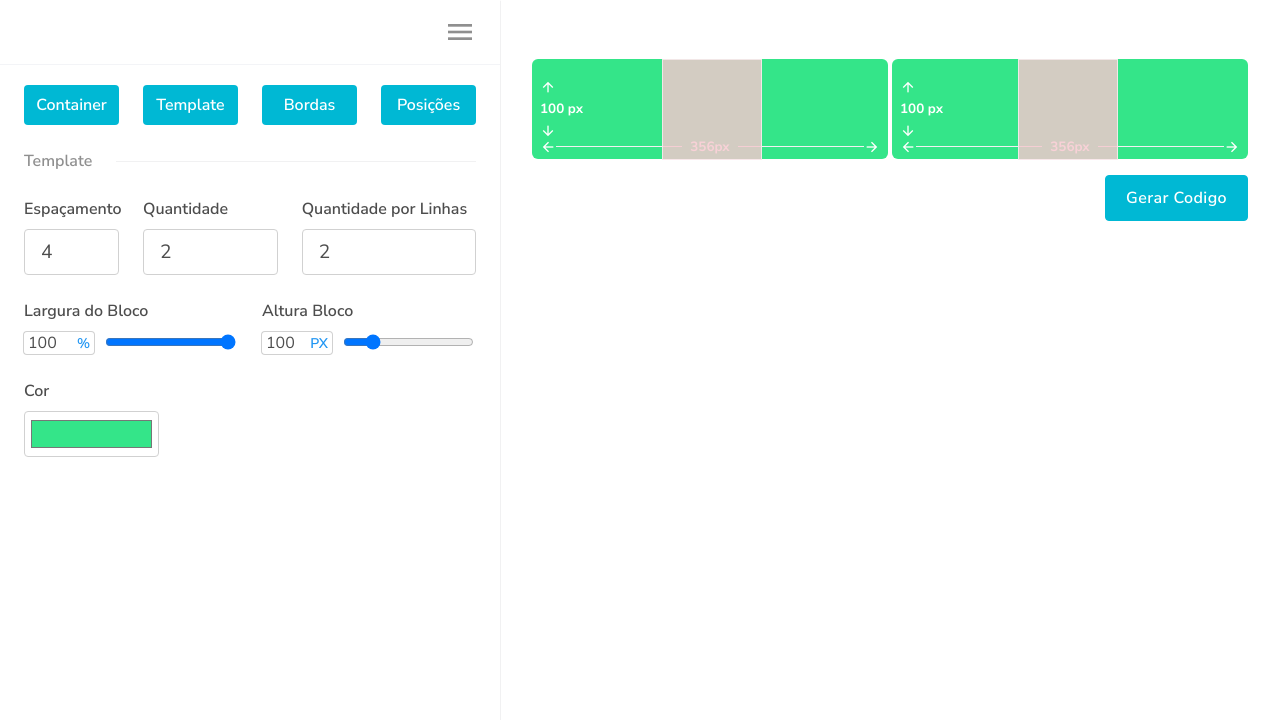
Repository: Flintdl/lowcode-elements
Page: /
An editor plug-in stored every save of this project. The page is shown before and after the next save, followed by the edit.
The browser window is 1280 px wide. The pictures show the whole page.
The project was rebuilt for these pictures with package versions that can differ from the ones it lists, and the page was loaded fresh each time. Also part of the build but not shown: vue.config.js.

Above is the page before, as saved 2022-04-06 16:18:30.

### src/components/Menu/MenuTemplate.vue
<template>
  <div>
    <div
      class="ham burger-link-mobile sf-display-flex sf-display-md-none"
      @click="menu"
    >
      <i class="mdi mdi-menu sf-text-xlg sf-text-muted sf-dropdown-action"></i>
    </div>
    <nav class="sf-menu">
      <div class="sf-menu-header">
        <div
          @click="menu"
          class="hamburger-link sf-display-none sf-display-md-block"
        >
          <i
            class="mdi mdi-menu sf-text-xlg sf-text-muted sf-dropdown-action"
          ></i>
        </div>
      </div>
      <div class="sf-menu-body">
        <div class="sf-row sf-px-4" style="visibility: visible">
          <div
            v-for="tab of tabs"
            v-bind:key="tab.label"
            class="sf-col-3 sf-text-center sf-form-group"
          >
            <div
              @click="showContent"
              :dataRef="tab.ref"
              class="sf-btn-primary sf-cursor-pointer sf-p-2 sf-text-white sf-font-weight-bold sf-border-radius"
            >
              {{ tab.label }}
            </div>
          </div>
        </div>
        <ul class="sf-menu-ul sf-menu-content" ref="container-collapse">
          <li class="sf-menu-li sf-px-4">
            <InputPosicaoBloco
              :valorInput="checkValue"
              v-on:callback="getValorPosicaoBloco"
            />
          </li>
        </ul>
        <ul class="sf-menu-ul sf-menu-content open" ref="template-collapse">
          <li class="sf-menu-li sf-px-4">
            <div class="sf-row">
              <div class="sf-col-12 sf-form-group">
                <span
                  class="sf-text-md sf-font-weight-bold sf-text-muted sf-display-flex sf-align-items-center"
                >
                  Template
                  <hr class="sf-width-100 sf-ml-4" />
                </span>
              </div>
              <InputGapTemplate
                :valorInput="inputGap"
                v-on:callback="getValorCampo"
              />
              <InputQuantidadeTemplate
                :valorInput="inputQuantidade"
                v-on:callback="getValorCampoQuantidade"
              />
              <InputQuantLinhasTemplate
                :valorInput="inputQuantidadeLinha"
                v-on:callback="getValorCampoQuantidadeLinha"
              />
              <InputLarguraBloco
                :valorInput="inputRange"
                v-on:callback="getValorLarguraBloco"
              />
              <InputAlturaBloco
                :valorInput="valorHeight"
                v-on:callback="getValorAlturaBloco"
              />
            </div>
            <div class="sf-row">
              <div class="sf-col-4 sf-form-group">
                <label class="sf-label">Cor</label>
                <input
                  type="color"
                  id="inputColor"
                  v-model="inputColor"
                  class="sf-p-1 sf-text-capitalize"
                  placeholder="Quantidade de Blocos"
                />
              </div>
            </div>
          </li>
        </ul>
        <ul class="sf-menu-ul sf-menu-content" ref="border-collapse">
          <li class="sf-menu-li sf-px-4">
            <div class="sf-row">
              <div class="sf-col-12 sf-form-group">
                <span
                  class="sf-text-md sf-font-weight-bold sf-text-muted sf-display-flex sf-align-items-center"
                >
                  Bordas
                  <hr class="sf-width-100 sf-ml-4" />
                </span>
              </div>
              <InputBorderRadiusBloco
                :valorInput="inputBorderRadius"
                v-on:callback="getValorRadiusBloco"
              />
              <InputBorderBloco
                :valorInput="inputBorder"
                v-on:callback="getValorBorderBloco"
              />
              <InputBorderCorBloco
                :valorInput="inputBorderColor"
                v-on:callback="getValorBorderCorBloco"
              />
              <InputBorderTipoBloco
                :valorInput="inputBorderTipo"
                v-on:callback="getValorBorderTipoBloco"
              />
            </div>
          </li>
        </ul>
        <ul class="sf-menu-ul sf-menu-content" ref="position-collapse">
          <li class="sf-menu-li sf-px-4">
            <InputPosicaoBloco
              :valorInput="checkValue"
              v-on:callback="getValorPosicaoBloco"
            />
          </li>
        </ul>
      </div>
    </nav>
    <div class="sf-content-page">
      <HomeView
        :valor="inputRange"
        :inputGap="inputGap"
        :valorHeight="valorHeight"
        :quantidade="parseInt(inputQuantidade)"
        :quantidadeLinha="parseInt(inputQuantidadeLinha)"
        :inputBorderRadius="inputBorderRadius"
        :checkValue="checkValue"
        :inputColor="inputColor"
        :inputBorder="inputBorder"
        :inputBorderColor="inputBorderColor"
        :inputBorderTipo="inputBorderTipo"
      />
    </div>
    <div class="ga-mascara-fundo" @click="mask"></div>
  </div>
</template>

<script>
import HomeView from "@/views/HomeView.vue";
import InputGapTemplate from "@/components/templates/InputGapTemplate.vue";
import InputQuantidadeTemplate from "@/components/templates/InputQuantidadeTemplate.vue";
import InputQuantLinhasTemplate from "@/components/templates/InputQuantLinhasTemplate.vue";
import InputLarguraBloco from "@/components/templates/InputLarguraBloco.vue";
import InputAlturaBloco from "@/components/templates/InputAlturaBloco.vue";
import InputBorderRadiusBloco from "@/components/templates/InputBorderRadiusBloco.vue";
import InputBorderBloco from "@/components/templates/InputBorderBloco.vue";
import InputPosicaoBloco from "@/components/templates/InputPosicaoBloco.vue";
import InputBorderCorBloco from "@/components/templates/InputBorderCorBloco.vue";
import InputBorderTipoBloco from "@/components/templates/InputBorderTipoBloco.vue";
import image from "@/assets/logo-soften.webp";

export default {
  name: "MenuTemplate",
  data: function () {
    return {
      inputQuantidade: (this.inputQuantidade = "2"),
      inputQuantidadeLinha: (this.inputQuantidadeLinha = "2"),
      inputBorderRadius: (this.inputBorderRadius = "6"),
      inputRange: (this.inputRange = "100"),
      valorHeight: (this.valorHeight = "100"),
      inputGap: (this.inputGap = "4"),
      checkValue: (this.checkValue = "center"),
      inputColor: (this.inputColor = "#34E589"),
      inputBorder: (this.inputBorder = "0"),
      inputBorderColor: (this.inputBorderColor = ""),
      inputBorderTipo: (this.inputBorderTipo = ""),
      image: image,

      tabs: [
        { label: "Container", ref: "container-collapse" },
        { label: "Template", ref: "template-collapse" },
        { label: "Bordas", ref: "border-collapse" },
        { label: "Posições", ref: "position-collapse" },
      ],
    };
  },
  components: {
    HomeView,
    InputGapTemplate,
    InputQuantidadeTemplate,
    InputQuantLinhasTemplate,
    InputLarguraBloco,
    InputAlturaBloco,
    InputPosicaoBloco,
    InputBorderRadiusBloco,
    InputBorderBloco,
    InputBorderCorBloco,
    InputBorderTipoBloco,
  },
  beforeMount() {
    if (window.innerWidth >= 768) {
      if (localStorage.getItem("menu") === "fechado") {
        document.body.classList.add("menu-fechado");
      } else {
        document.body.classList.remove("menu-fechado");
      }
    }

    (function () {
      var current = window.location.pathname.split("")[0];
      if (current === "") return;
      var menuItems = document.querySelectorAll(".sf-menu-list-link");
      for (var i = 0, len = menuItems.length; i < len; i++) {
        if (menuItems[i].getAttribute("href").indexOf(current) !== -1) {
          menuItems[i].className += " active-nolink";
          menuItems[i].nextElementSibling.className += " active-nolink";
        }
      }
    })();
  },
  methods: {
    showContent(e) {
      var referenciaItem = this.$refs[e.currentTarget.getAttribute("dataRef")];
      for (let i = 0; i < this.tabs.length; i++) {
        const element = this.tabs[i];
        if (this.$refs[element.ref]) {
          if (this.$refs[element.ref].classList.contains("open"))
            this.$refs[element.ref].classList.remove("open");
        }
      }
      if (referenciaItem) {
        referenciaItem.classList.toggle("open");
        if (!referenciaItem.classList.contains("open")) {
          referenciaItem.classList.remove("open");
        } else {
          referenciaItem.classList.add("open");
        }
      }
    },
    menu() {
      if (window.innerWidth >= 768) {
        document.body.classList.toggle("menu-fechado");
        if (document.body.classList.contains("menu-fechado")) {
          localStorage.setItem("menu", "fechado");
        } else {
          localStorage.removeItem("menu");
        }
      } else {
        document.body.classList.toggle("menu-mobile-aberto");
      }
    },
    mask() {
      document.body.classList.remove("menu-mobile-aberto");
    },
    getValorCampo(valor) {
      this.inputGap = valor;
    },
    getValorCampoQuantidade(valor) {
      this.inputQuantidade = valor;
    },
    getValorCampoQuantidadeLinha(valor) {
      this.inputQuantidadeLinha = valor;
    },
    getValorLarguraBloco(valor) {
      this.inputRange = valor;
    },
    getValorAlturaBloco(valor) {
      this.valorHeight = valor;
    },
    getValorRadiusBloco(valor) {
      this.inputBorderRadius = valor;
    },
    getValorBorderBloco(valor) {
      this.inputBorder = valor;
    },
    getValorBorderCorBloco(valor) {
      this.inputBorderColor = valor;
    },
    getValorBorderTipoBloco(valor) {
      this.inputBorderTipo = valor;
    },
    getValorPosicaoBloco(valor) {
      this.checkValue = valor;
    },
  },
};

// function dropdown(menu) {
//   var dropdowns = document.getElementsByClassName("sf-dropdown-menu");
//   var i;
//   for (i = 0; i < dropdowns.length; i++) {
//     var openDropdown = dropdowns[i];
//     if (openDropdown.classList.contains("show")) {
//       openDropdown.classList.remove("show");
//     }
//   }
//   document.querySelector(menu).classList.toggle("show");
// }
</script>

<style lang="scss">
@import "@/assets/scss/style.scss";
@import "@/assets/scss/standard.scss";
@import "@/assets/scss/menu.scss";
</style>

### src/assets/scss/_variables.scss
// Primarys Colors
$standardTextColor: #4d4d4d;

$primaryColor: #8e6dff;
$secondaryColor: #009997;
$buttonDisableColor: #9c9c9c;
$buttonDisableBgColor: #7676764d;

// Menu Colors

$bgMenuColor: #1d1d1d;
$linkMenuColor: #7b8089;
$iconMenuColor: #2a2a2a;
$borderMenuColor: #323232;

// Botão Colors

$btnPrimary: #00b8d4;
$btnPrimaryHover: #0085b0;

// Generics Colors

$whiteColor: #ffffff;
$mutedColor: #8f8f8f;
$cardColor: #f3f4f7;
$cardColorLight: #f9fafc;
$cardColorLightTwo: #f1f5fc;
$greyLight: #d1d1d1;

// Dropdown Colors

$dropdownHeaderColor: #5f5f5f;
$dropdownColor: #ebffff;

// State Colors

$successColor: #3dc661;
$dangerColor: #e7515a;
$warningColor: #e2a03f;
$infoColor: #2196f3;
$defaultColor: #172b4d;
$lightColor: #e0e0e0;

### src/components/templates/InputGapTemplate.vue
<template>
  <div class="sf-col-3 sf-form-group">
    <label class="sf-label">Espaçamento</label>
    <input
      type="number"
      min="1"
      max="12"
      value="2"
      id="inputGap"
      v-model="valor"
      class="filter-states sf-text-capitalize"
      placeholder="Quantidade de Blocos"
    />
  </div>
</template>

<script>
export default {
  props: {
    valorInput: String,
  },
  computed: {
    valor: {
      get() {
        var inp = this.valorInput;
        return inp;
      },
      set(valorInput) {
        this.$emit("callback", valorInput);
      },
    },
  },
};
</script>

<style></style>

### src/components/templates/InputQuantidadeTemplate.vue
<template>
  <div class="sf-col-4 sf-form-group">
    <label class="sf-label">Quantidade</label>
    <input
      type="number"
      value="1"
      id="inputQuantidade"
      v-model="valor"
      class="filter-states sf-text-capitalize"
      placeholder="Quantidade de Blocos"
    />
  </div>
</template>

<script>
export default {
  props: {
    valorInput: String,
  },
  computed: {
    valor: {
      get() {
        var inp = this.valorInput;
        return inp;
      },
      set(valorInput) {
        this.$emit("callback", valorInput);
      },
    },
  },
};
</script>

<style></style>

### src/components/templates/InputQuantLinhasTemplate.vue
<template>
  <div class="sf-col-5 sf-form-group">
    <label class="sf-label">Quantidade por Linhas</label>
    <input
      type="number"
      min="1"
      max="12"
      value="1"
      id="inputQuantidadeLinha"
      v-model="valor"
      class="filter-states sf-text-capitalize"
      placeholder="Quantidade Linha"
    />
  </div>
</template>

<script>
export default {
  props: {
    valorInput: String,
  },
  computed: {
    valor: {
      get() {
        var inp = this.valorInput;
        return inp;
      },
      set(valorInput) {
        this.$emit("callback", valorInput);
      },
    },
  },
};
</script>

<style></style>

### src/components/templates/InputLarguraBloco.vue
<template>
  <div class="sf-col-6 sf-form-group">
    <label class="sf-label">Largura do Bloco</label>
    <div class="sf-input-group">
      <div
        class="sf-input-group-append sf-display-flex sf-justify-content-center"
      >
        <div
          class="sf-display-flex sf-align-items-center sf-justify-content-center sf-border-left-0 sf-border-radius sf-border-radius-left-0 sf-pr-2 sf-text-info sf-font-weight-bold sf-min-80-px"
        >
          <div class="sf-input-group">
            <input
              type="number"
              value="1"
              min="1"
              max="100"
              v-model="valor"
              class="sf-text-md sf-height-fit-content sf-pr-0 sf-pl-1 sf-border-right-0 sf-border-radius-right-0 sf-text-capitalize"
              placeholder="Curva da Borda"
            />
            <div
              class="sf-input-group-append sf-display-flex sf-justify-content-center"
            >
              <div
                class="sf-display-flex sf-align-items-center sf-border sf-justify-content-center sf-border-left-0 sf-border-radius sf-border-radius-left-0 sf-pr-1 sf-text-info sf-font-weight-bold sf-text-sm"
              >
                %
              </div>
            </div>
          </div>
        </div>
      </div>
      <input
        type="range"
        min="10"
        max="100"
        value="10"
        id="inputRange"
        v-model="valor"
        class="sf-px-0 sf-border-right-0 sf-border-radius-right-0 sf-text-capitalize"
      />
    </div>
  </div>
</template>

<script>
export default {
  props: {
    valorInput: String,
  },
  computed: {
    valor: {
      get() {
        var inp = this.valorInput;
        return inp;
      },
      set(valorInput) {
        this.$emit("callback", valorInput);
      },
    },
  },
};
</script>

<style></style>

### src/components/templates/InputAlturaBloco.vue
<template>
  <div class="sf-col-6 sf-form-group">
    <label class="sf-label">Altura Bloco</label>
    <div class="sf-input-group">
      <div
        class="sf-input-group-append sf-display-flex sf-justify-content-center"
      >
        <div
          class="sf-display-flex sf-align-items-center sf-justify-content-center sf-border-left-0 sf-border-radius sf-border-radius-left-0 sf-pr-2 sf-text-info sf-font-weight-bold sf-min-80-px"
        >
          <div class="sf-input-group">
            <input
              type="number"
              value="1"
              min="1"
              max="500"
              v-model="valor"
              class="sf-text-md sf-height-fit-content sf-pr-0 sf-pl-1 sf-border-right-0 sf-border-radius-right-0 sf-text-capitalize"
              placeholder="Curva da Borda"
            />
            <div
              class="sf-input-group-append sf-display-flex sf-justify-content-center"
            >
              <div
                class="sf-display-flex sf-align-items-center sf-border sf-justify-content-center sf-border-left-0 sf-border-radius sf-border-radius-left-0 sf-pr-1 sf-text-info sf-font-weight-bold sf-text-sm"
              >
                PX
              </div>
            </div>
          </div>
        </div>
      </div>
      <input
        type="range"
        min="10"
        max="500"
        id="valorHeight"
        v-model="valor"
        class="sf-px-0 sf-border-right-0 sf-border-radius-right-0 sf-text-capitalize"
      />
    </div>
  </div>
</template>

<script>
export default {
  props: {
    valorInput: String,
  },
  computed: {
    valor: {
      get() {
        var inp = this.valorInput;
        return inp;
      },
      set(valorInput) {
        this.$emit("callback", valorInput);
      },
    },
  },
};
</script>

<style></style>

### src/components/templates/InputBorderBloco.vue
<template>
  <div class="sf-col-6 sf-form-group">
    <label class="sf-label">Tamanho da Borda</label>
    <div class="sf-input-group">
      <div
        class="sf-input-group-append sf-display-flex sf-justify-content-center"
      >
        <div
          class="sf-display-flex sf-align-items-center sf-justify-content-center sf-border-left-0 sf-border-radius sf-border-radius-left-0 sf-pr-2 sf-text-info sf-font-weight-bold sf-min-80-px"
        >
          <div class="sf-input-group">
            <input
              type="number"
              value="1"
              min="1"
              max="50"
              v-model="valor"
              class="sf-text-md sf-height-fit-content sf-pr-0 sf-pl-1 sf-border-right-0 sf-border-radius-right-0 sf-text-capitalize"
              placeholder="Curva da Borda"
            />
            <div
              class="sf-input-group-append sf-display-flex sf-justify-content-center"
            >
              <div
                class="sf-display-flex sf-align-items-center sf-border sf-justify-content-center sf-border-left-0 sf-border-radius sf-border-radius-left-0 sf-pr-1 sf-text-info sf-font-weight-bold sf-text-sm"
              >
                PX
              </div>
            </div>
          </div>
        </div>
      </div>
      <input
        type="range"
        value="1"
        min="0"
        max="24"
        id="inputBorder"
        v-model="valor"
        class="sf-px-0 sf-border-right-0 sf-border-radius-right-0 sf-text-capitalize"
        placeholder="Curva da Borda"
      />
    </div>
  </div>
</template>

<script>
export default {
  props: {
    valorInput: String,
  },
  computed: {
    valor: {
      get() {
        var inp = this.valorInput;
        return inp;
      },
      set(valorInput) {
        this.$emit("callback", valorInput);
      },
    },
  },
};
</script>

<style></style>

### src/components/templates/InputPosicaoBloco.vue
<template>
  <div class="sf-row">
    <div class="sf-col-12 sf-form-group">
      <span
        class="sf-text-md sf-font-weight-bold sf-text-muted sf-display-flex sf-align-items-center"
      >
        Posições
        <hr class="sf-width-100 sf-ml-4" />
      </span>
    </div>
    <div class="sf-col-auto sf-form-group">
      <input
        id="start"
        type="radio"
        name="positionDivs"
        v-model="valor"
        value="start"
        checked
      />
      <label for="start"> Esquerda</label>
    </div>

    <div class="sf-col-auto sf-form-group">
      <input
        type="radio"
        id="center"
        name="positionDivs"
        v-model="valor"
        value="center"
      />
      <label for="center"> Centro</label>
    </div>

    <div class="sf-col-auto sf-form-group">
      <input
        type="radio"
        id="end"
        name="positionDivs"
        v-model="valor"
        value="end"
      />
      <label for="end"> Final</label>
    </div>
    <div class="sf-col-auto sf-form-group">
      <input
        type="radio"
        id="between"
        name="positionDivs"
        v-model="valor"
        value="between"
      />
      <label for="between"> Laterais</label>
    </div>
    <div class="sf-col-auto sf-form-group">
      <input
        type="radio"
        id="around"
        name="positionDivs"
        v-model="valor"
        value="around"
      />
      <label for="around"> Meio</label>
    </div>
  </div>
</template>

<script>
export default {
  props: {
    valorInput: String,
  },
  computed: {
    valor: {
      get() {
        var inp = this.valorInput;
        return inp;
      },
      set(valorInput) {
        this.$emit("callback", valorInput);
      },
    },
  },
};
</script>

<style></style>

### src/components/templates/InputBorderCorBloco.vue
<template>
  <div class="sf-col sf-form-group">
    <label class="sf-label">Cor</label>
    <input
      type="color"
      id="inputBorderColor"
      v-model="valor"
      class="sf-p-1 sf-text-capitalize"
      placeholder="Quantidade de Blocos"
    />
  </div>
</template>

<script>
export default {
  props: {
    valorInput: String,
  },
  computed: {
    valor: {
      get() {
        var inp = this.valorInput;
        return inp;
      },
      set(valorInput) {
        this.$emit("callback", valorInput);
      },
    },
  },
};
</script>

<style></style>

### src/components/templates/InputBorderTipoBloco.vue
<template>
  <div class="sf-col-10 sf-form-group">
    <label class="sf-label">Tipo de Borda</label>
    <select
      id="inputBorderTipo"
      v-model="control"
      :items="items"
      @change="onSelectType"
      class="sf-text-capitalize"
    >
      <option
        v-bind:key="item.value"
        :value="item.value"
        :disabled="!item.value"
        v-for="item of items"
      >
        {{ item.label }}
      </option>
    </select>
  </div>
</template>

<script>
export default {
  props: {
    valorInput: String,
  },
  data: () => {
    return {
      items: [
        { label: "Solid", value: "solid" },
        { label: "Dashed", value: "dashed" },
      ],
    };
  },
  computed: {
    control: {
      get() {
        return this.valorInput;
      },
      set(valorInput) {
        this.$emit("callback", valorInput);
      },
    },
  },
  methods: {
    onSelectType(event) {
      this.$emit("change", event);
    },
  },
};
</script>

<style></style>

### src/components/templates/DivGrid.vue
<template>
  <div
    class="sf-position-relative sf-overflow-hidden"
    :style="cssDefinido"
    ref="container"
  >
    <div
      class="sf-height-position sf-position-absolute sf-display-flex sf-flex-column sf-px-2"
    >
      <i
        class="mdi mdi-arrow-up sf-text-md sf-text-white sf-dropdown-action"
      ></i>
      <span class="sf-text-white sf-font-weight-extra-bold sf-text-center">
        {{ altura }}
        px
      </span>
      <i
        class="mdi mdi-arrow-down sf-text-md sf-text-white sf-dropdown-action"
      ></i>
    </div>
    <div
      class="sf-width-position sf-width-100 sf-position-absolute sf-display-flex sf-align-items-center sf-px-2"
    >
      <i
        class="mdi mdi-arrow-left sf-text-md sf-text-white sf-dropdown-action"
      ></i>
      <hr class="sf-width-100 sf-mr-2" />
      <span class="sf-text-white sf-font-weight-extra-bold sf-text-center">
        {{ larguraPixel }}px
      </span>
      <hr class="sf-width-100 sf-ml-2" />
      <i
        class="mdi mdi-arrow-right sf-text-md sf-text-white sf-dropdown-action"
      ></i>
    </div>
  </div>
</template>

<script>
export default {
  data() {
    return {
      larguraPixel: null,
    };
  },
  mounted() {
    this.larguraPixel = this.$refs.container?.offsetWidth;
  },

  props: {
    cssDefinido: Object,
    tamanho: String,
    altura: String,
  },
  created() {
    this.$watch("tamanho", () => {
      this.larguraPixel = this.$refs.container?.offsetWidth;
    });
  },
};
</script>

<style lang="scss" scoped>
.sf-height-position,
.sf-width-position {
  font-size: 1.4ch;
}
.sf-height-position {
  transform: translateY(-50%);
  left: 0;
  top: 50%;
}
.sf-width-position {
  transform: translateX(-50%);
  bottom: 0;
  left: 50%;
}
</style>

Loaded but not shown: public/index.html (common file); src/main.js (common file); src/App.vue (common file); src/registerServiceWorker.js (common file); src/router/index.js (common file); src/assets/scss/materialdesignicons.scss (9 lines, source omitted); src/assets/scss/style.scss (4102 lines, source omitted); src/assets/scss/menu.scss (402 lines, source omitted); src/assets/scss/standard.scss (381 lines, source omitted); src/views/HomeView.vue (165 lines, source omitted); src/components/templates/InputBorderRadiusBloco.vue (66 lines, source omitted)

After the next save:
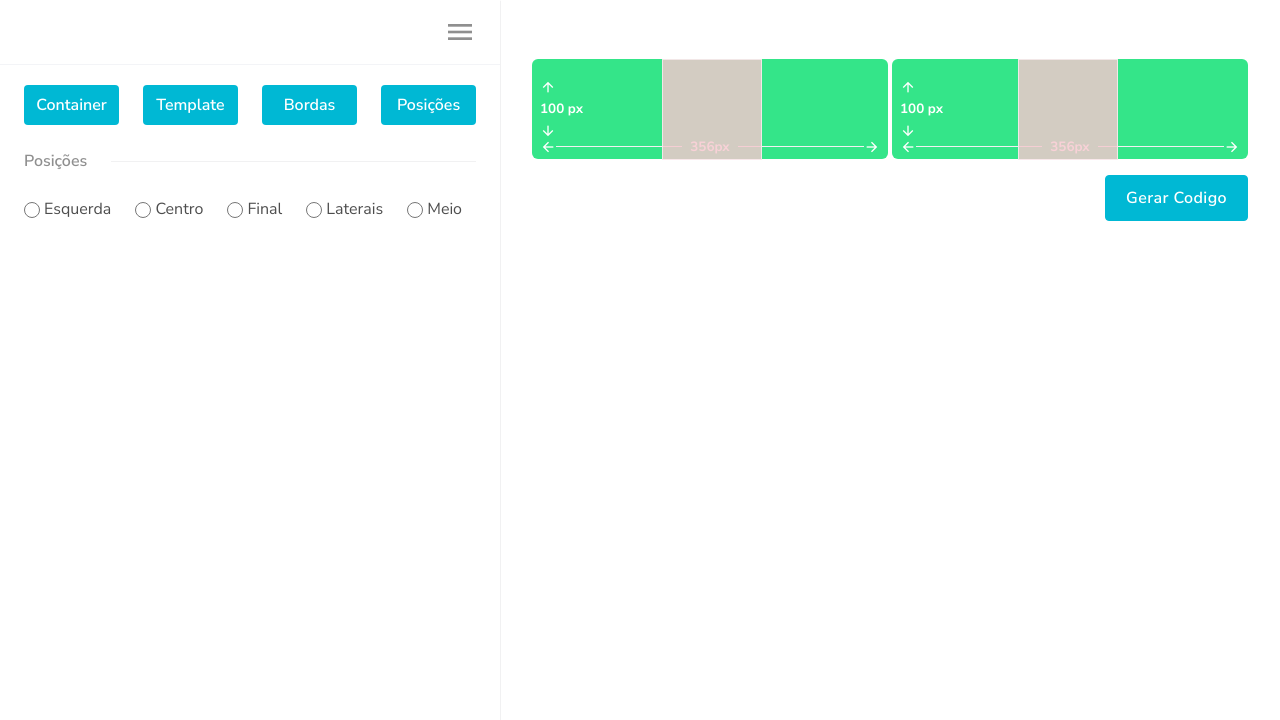
Saved 32 s later.
--- a/src/components/Menu/MenuTemplate.vue
+++ b/src/components/Menu/MenuTemplate.vue
@@ -33,7 +33,7 @@
             </div>
           </div>
         </div>
-        <ul class="sf-menu-ul sf-menu-content" ref="container-collapse">
+        <ul class="sf-menu-ul sf-menu-content open" ref="container-collapse">
           <li class="sf-menu-li sf-px-4">
             <InputPosicaoBloco
               :valorInput="checkValue"
@@ -41,7 +41,7 @@
             />
           </li>
         </ul>
-        <ul class="sf-menu-ul sf-menu-content open" ref="template-collapse">
+        <ul class="sf-menu-ul sf-menu-content" ref="template-collapse">
           <li class="sf-menu-li sf-px-4">
             <div class="sf-row">
               <div class="sf-col-12 sf-form-group">
